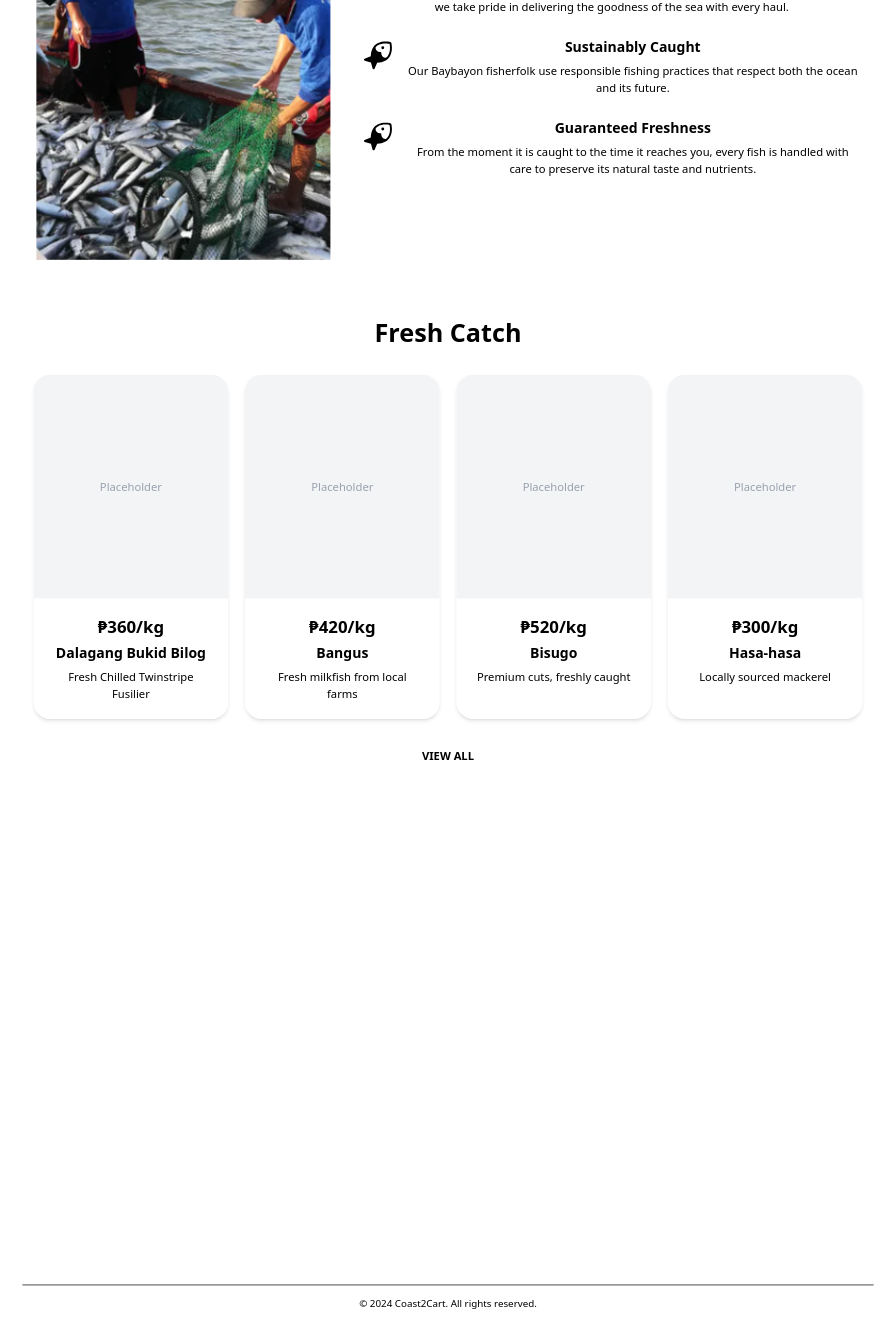
Repository: Coast2Card/coast2cart-frontend
Page: /
The author's editor kept a copy of each file at every save. The page is drawn from the files as they stood at one save, then again after the next save.
The browser window is 1280 px wide. The pictures show the part of the page from y = 1673 to 3593 px (the page is 3593 px tall), at 70% of full size.
The project was rebuilt for these pictures with package versions that can differ from the ones it lists, and the page was loaded fresh each time. Also part of the build but not shown: vite.config.js, src/pages/Seafood.jsx, src/pages/Souvenirs.jsx, src/pages/About.jsx, src/pages/Cart.jsx, src/pages/Profile.jsx, src/pages/Colors.jsx.

Above is the page before, as saved 2025-09-08 14:17:56.

### index.html
<!DOCTYPE html>
<html lang="en" data-theme="coast2cart">
  <head>
    <meta charset="UTF-8" />
    <!-- <link rel="icon" type="image/svg+xml" href="/vite.svg" /> -->
    <meta name="viewport" content="width=device-width, initial-scale=1.0" />
    <title>Coast2Cart</title>
  </head>
  <body>
    <div id="root"></div>
    <script type="module" src="/src/main.jsx"></script>
  </body>
</html>

### src/App.jsx
import { Routes, Route } from "react-router-dom";
import Layout from "./components/Layout";
import Home from "./pages/Home";
import Seafood from "./pages/Seafood";
import Souvenirs from "./pages/Souvenirs";
import About from "./pages/About";
import Cart from "./pages/Cart";
import Profile from "./pages/Profile";
import Colors from "./pages/Colors";
import "./App.css";

function App() {
  return (
    <Routes>
      {/* Routes with shared layout */}
      <Route path="/" element={<Layout />}>
        <Route index element={<Home />} />
        <Route path="seafood" element={<Seafood />} />
        <Route path="souvenirs" element={<Souvenirs />} />
        <Route path="about" element={<About />} />
        <Route path="cart" element={<Cart />} />
        <Route path="profile" element={<Profile />} />
        <Route path="colors" element={<Colors />} />
      </Route>
    </Routes>
  );
}

export default App;

### src/components/Layout.jsx
import { Outlet } from "react-router-dom";
import Navbar from "./Navbar";

const Layout = () => {
  return (
    <div className="min-h-screen bg-base-200">
      {/* Navigation Header */}
      <Navbar />

      {/* Main Content */}
      <main className=" mx-auto  ">
        <Outlet />
      </main>

      {/* Footer */}
      <footer className="bg-base-100 border-t border-base-300 mt-auto">
        <div className="max-w-7xl mx-auto py-4 px-4 sm:px-6 lg:px-8">
          <p className="text-center text-base-content/70 text-sm">
            © 2024 Coast2Cart. All rights reserved.
          </p>
        </div>
      </footer>
    </div>
  );
};

export default Layout;

### src/pages/Home.jsx
import homeBanner from "../assets/images/home_banner.jpg";
import baybayonLogo from "../assets/logos/c2c_white_transparent.png";
import fish1 from "../assets/images/home_fish1.png";
import fish2 from "../assets/images/home_fish2.png";
import fish3 from "../assets/images/home_fish3.png";
import fish4 from "../assets/images/home_fish4.png";
import fish5 from "../assets/images/home_fish5.png";
import HomeFeatures from "../components/home/HomeFeatures";
import HomeFreshCatch from "../components/home/HomeFreshCatch";
import HomeGallery from "../components/home/HomeGallery";
const Home = () => {
  return (
    <main className="relative overflow-x-hidden">
      {/* Home Banner */}
      <section className="w-full h-135 sm:h-[70vh] md:h-185 relative">
        <img
          src={homeBanner}
          alt="Home Banner"
          className="w-full h-full object-cover relative z-4"
          onError={(e) => {
            console.log("Image failed to load:", homeBanner);
            e.target.style.display = "none";
          }}
          onLoad={() => console.log("Image loaded successfully:", homeBanner)}
        />

        <div className="absolute inset-0 bg-black opacity-60 z-10"></div>

        <div className="absolute inset-0 z-20 flex items-start py-20 justify-center">
          <div className="text-center text-white">
            <h1 className="text-xl sm:text-2xl  font-extrabold font-display mb-[-15px] sm:mb-[-30px] md:mb-[-35px] lg:mb-[-30px]">
              Sea the best of Baybayon, from
            </h1>
            <img
              className="w-6/8 max-w-120 sm:w-6/8 md:4/8 lg:3/8 md:max-w-170 h-auto mx-auto "
              src={baybayonLogo}
            />
            <button className="mt-0 sm:mt-[-10px] b-20 bg-secondary text-primary uppercase px-6 py-2 rounded-full text-md sm:text-lg font-semibold hover:bg-secondary/90 transition-colors">
              Shop Now
            </button>
          </div>
        </div>
      </section>
      <section className=" relative overflow-hidden w-[140vw] flex items-center justify-center gap-4 sm:gap-6 mb-15 sm:mb-25   z-30 -mt-51 md:-mt-75 lg:-mt-75 left-1/2 -translate-x-1/2">
        <img
          src={fish1}
          alt="Fish 1"
          className="min-w-20 h-40 md:w-65 md:h-75  object-cover rounded-2xl"
        />
        <img
          src={fish2}
          alt="Fish 2"
          className="min-w-35 h-55  md:w-80 md:h-85 object-cover rounded-2xl"
        />
        <img
          src={fish3}
          alt="Fish 3"
          className="min-w-46 h-70 md:w-95 md:h-100 object-cover rounded-2xl"
        />
        <img
          src={fish4}
          alt="Fish 4"
          className="min-w-35 h-55 md:w-80 md:h-85 object-cover rounded-2xl"
        />
        <img
          src={fish5}
          alt="Fish 5"
          className="min-w-20 h-40 md:w-65 md:h-75 object-cover rounded-2xl"
        />
      </section>
      <section className="max-w-8xl mx-auto p-4 flex flex-col">
        <HomeFeatures className="mb-25" />
        <HomeGallery />
        <HomeFreshCatch />
      </section>
      <section className="flex bg-primary h-100 mx-auto w-full mb-60">
        <div className="min-w-100 max-w-150">
          <img className="" />
        </div>
        <div className="flex-1"></div>
      </section>
    </main>
  );
};

export default Home;

### src/components/Navbar.jsx
import { Link, useLocation } from "react-router-dom";
import { useState } from "react";
import { navLinks } from "../data/navigation";
import c2cLogo from "../assets/logos/c2c_transparent.png";
import searchIcon from "../assets/icons/search.png";
import cartIcon from "../assets/icons/cart.png";
import profileIcon from "../assets/icons/profile.png";
import commentIcon from "../assets/icons/comment.png";
const Navbar = () => {
  const location = useLocation();
  const [isMobileMenuOpen, setIsMobileMenuOpen] = useState(false);

  const isActive = (path) => {
    return location.pathname === path;
  };

  const toggleMobileMenu = () => {
    setIsMobileMenuOpen(!isMobileMenuOpen);
  };

  const closeMobileMenu = () => {
    setIsMobileMenuOpen(false);
  };

  return (
    <nav className="bg-base-300 shadow-lg py-2 sticky top-0 z-50">
      <div className="mx-auto px-6 sm:px-6 lg:px-8">
        <div className="flex justify-between h-16">
          <div className="flex items-center">
            <Link to="/" className="flex-shrink-0">
              <img src={c2cLogo} alt="Coast2Cart" className="h-17" />
            </Link>
          </div>

          {/* Desktop Navigation */}
          <div className="hidden md:flex items-center space-x-8">
            {navLinks.map((link) => (
              <Link
                key={link.path}
                to={link.path}
                className={`px-3 py-2 rounded-md text-md font-bold transition-colors ${
                  isActive(link.path)
                    ? " text-accent after:content-[''] after:block after:w-full after:h-0.5 after:bg-accent after:rounded-full"
                    : "text-black hover:text-primary hover:bg-base-200"
                }`}
              >
                {link.label}
              </Link>
            ))}
          </div>

          {/* Desktop Icons - Hidden on mobile */}
          <div className="hidden md:flex items-center gap-4 lg:gap-6">
            <img
              src={searchIcon}
              alt="Search"
              className="h-5 w-5 lg:h-5.5 lg:w-5.5 hover:cursor-pointer hover:opacity-60 transition-opacity duration-300"
            />
            <img
              src={commentIcon}
              alt="Comment"
              className="h-5 w-5 lg:h-5.5 lg:w-5.5 hover:cursor-pointer hover:opacity-60 transition-opacity duration-300"
            />
            <img
              src={cartIcon}
              alt="Cart"
              className="h-5 w-5 lg:h-5.5 lg:w-5.5 hover:cursor-pointer hover:opacity-60 transition-opacity duration-300"
            />
            <img
              src={profileIcon}
              alt="Profile"
              className="h-5 w-5 lg:h-5.5 lg:w-5.5 hover:cursor-pointer hover:opacity-60 transition-opacity duration-300"
            />
          </div>

          {/* Mobile menu button */}
          <div className="md:hidden flex items-center">
            <button
              onClick={toggleMobileMenu}
              className="inline-flex items-center justify-center p-2 rounded-md text-base-content hover:text-primary hover:bg-base-200 focus:outline-none focus:ring-2 focus:ring-inset focus:ring-primary"
              aria-expanded="false"
            >
              <span className="sr-only">Open main menu</span>
              {!isMobileMenuOpen ? (
                <svg
                  className="block h-6 w-6"
                  xmlns="http://www.w3.org/2000/svg"
                  fill="none"
                  viewBox="0 0 24 24"
                  stroke="currentColor"
                  aria-hidden="true"
                >
                  <path
                    strokeLinecap="round"
                    strokeLinejoin="round"
                    strokeWidth="2"
                    d="M4 6h16M4 12h16M4 18h16"
                  />
                </svg>
              ) : (
                <svg
                  className="block h-6 w-6"
                  xmlns="http://www.w3.org/2000/svg"
                  fill="none"
                  viewBox="0 0 24 24"
                  stroke="currentColor"
                  aria-hidden="true"
                >
                  <path
                    strokeLinecap="round"
                    strokeLinejoin="round"
                    strokeWidth="2"
                    d="M6 18L18 6M6 6l12 12"
                  />
                </svg>
              )}
            </button>
          </div>
        </div>
      </div>

      {/* Mobile Navigation Menu */}
      <div className={`md:hidden ${isMobileMenuOpen ? "block" : "hidden"}`}>
        <div className="px-2 pt-2 pb-3 space-y-1 sm:px-3 bg-base-100 border-t border-base-300">
          {navLinks.map((link) => (
            <Link
              key={link.path}
              to={link.path}
              onClick={closeMobileMenu}
              className={`block px-3 py-2 rounded-md text-base font-medium transition-colors ${
                isActive(link.path)
                  ? "bg-primary text-primary-content"
                  : "text-base-content hover:text-primary hover:bg-base-200"
              }`}
            >
              {link.label}
            </Link>
          ))}

          {/* Mobile Icons */}
          <div className="flex items-center justify-center gap-6 pt-4 border-t border-base-300 mt-4">
            <img
              src={searchIcon}
              alt="Search"
              className="h-6 w-6 hover:cursor-pointer hover:opacity-60 transition-opacity duration-300"
            />
            <img
              src={commentIcon}
              alt="Comment"
              className="h-6 w-6 hover:cursor-pointer hover:opacity-60 transition-opacity duration-300"
            />
            <img
              src={cartIcon}
              alt="Cart"
              className="h-6 w-6 hover:cursor-pointer hover:opacity-60 transition-opacity duration-300"
            />
            <img
              src={profileIcon}
              alt="Profile"
              className="h-6 w-6 hover:cursor-pointer hover:opacity-60 transition-opacity duration-300"
            />
          </div>
        </div>
      </div>
    </nav>
  );
};

export default Navbar;

### src/components/home/HomeFeatures.jsx
import cartIcon from "../../assets/icons/cart.png";
import commentIcon from "../../assets/icons/comment.png";
import profileIcon from "../../assets/icons/profile.png";
import searchIcon from "../../assets/icons/search.png";

const features = [
  {
    icon: cartIcon,
    title: "Fresh Catch",
    description: "Daily seafood direct from local fishers.",
  },
  {
    icon: searchIcon,
    title: "Dried Goods",
    description: "High-quality dried seafood.",
  },
  {
    icon: commentIcon,
    title: "Souvenirs",
    description: "Souvenirs made by our community.",
  },
  {
    icon: profileIcon,
    title: "Marketplace",
    description: "Easy orders and pickup with fishing time.",
  },
];

const HomeFeatures = ({ className = "" }) => {
  return (
    <article className={` mx-auto w-full ${className}`}>
      <section className="grid grid-cols-1 sm:grid-cols-2 space-y-6 lg:grid-cols-4 gap-6 sm:w-[95%] lg:w-[90%] xl:w-[80%] mx-auto">
        {features.map((item, index) => (
          <div
            key={index}
            className="flex flex-col items-center justify-start gap-2"
          >
            <div className="bg-accent mb-2 p-11 sm:p-11 flex justify-center items-center rounded-full">
              <div className="bg-gray-300 rounded-xl p-1 h-14 w-14"></div>
            </div>
            <h3 className="text-2xl font-bold text-primary">{item.title}</h3>
            <h3 className="text-md text-center">{item.description}</h3>
          </div>
        ))}
      </section>
    </article>
  );
};

export default HomeFeatures;

### src/components/home/HomeFreshCatch.jsx
const freshCatchItems = [
  {
    id: 1,
    price: "₱360/kg",
    name: "Dalagang Bukid Bilog",
    description: "Fresh Chilled Twinstripe Fusilier",
    image: null,
  },
  {
    id: 2,
    price: "₱420/kg",
    name: "Bangus",
    description: "Fresh milkfish from local farms",
    image: null,
  },
  {
    id: 3,
    price: "₱520/kg",
    name: "Bisugo",
    description: "Premium cuts, freshly caught",
    image: null,
  },
  {
    id: 4,
    price: "₱300/kg",
    name: "Hasa-hasa",
    description: "Locally sourced mackerel",
    image: null,
  },
];

const HomeFreshCatch = ({ className = "" }) => {
  return (
    <div className={`flex flex-col text-center ${className}`}>
      <h1 className="text-4xl font-bold text-accent mb-10">Fresh Catch</h1>
      <section className="grid grid-cols-1 sm:grid-cols-2 xl:grid-cols-4  gap-6 mb-8">
        {freshCatchItems.map((item) => (
          <div
            key={item.id}
            className="flex flex-col shadow-md overflow-hidden rounded-3xl"
          >
            <div className="bg-gray-100 h-80 flex items-center justify-center text-gray-400">
              Placeholder
            </div>
            <div className="bg-white p-6  flex flex-col gap-2 text-center items-center justify-center">
              <h3 className="text-success text-2xl font-bold">{item.price}</h3>
              <h3 className="text-black font-bold text-xl">{item.name}</h3>
              <p className="text-md">{item.description}</p>
            </div>
          </div>
        ))}
      </section>
      <div className="mb-20">
        <button className="bg-secondary text-primary uppercase px-6 py-2 rounded-full text-md font-semibold hover:bg-secondary/90 transition-colors">
          View All
        </button>
      </div>
    </div>
  );
};

export default HomeFreshCatch;

### src/components/home/HomeGallery.jsx
import React from "react";
import homeGallery1 from "../../assets/images/home_gallery1.png";
import FishIcon from "../icons/FishIcon";
const HomeGallery = () => {
  return (
    <div className="w-full flex flex-col sm:flex-row gap-9 lg:gap-12 p-1 mb-20 items-center justify-center mx-auto max-w-8xl  ">
      <div className="flex flex-1 min-w-75 sm:h-150 md:min-w-105  w-full md:h-150 bg-blue-100 ">
        <img src={homeGallery1} className="w-full h-full object-cover  " />
      </div>
      <div className=" flex flex-col min-w-20  gap-4 justify-center">
        <h2 className="font-bold text-3xl lg:text-4xl text-primary mb-1">
          Fresh From the Sea, Straight to You
        </h2>
        <p className="text-md mb-4">
          Every day, the fishermen of Barangay Baybayon bring in the freshest
          catch from our coastal waters, ensuring top quality seafood for your
          table. Proudly harvested and carefully handled, we take pride in
          delivering the goodness of the sea with every haul.
        </p>
        <div className="flex items-start gap-4 text-primary mb-4">
          <div className="max-h-22 min-w-11 font-bold pt-0.5">
            <FishIcon />
          </div>
          <div className="flex flex-col">
            <h3 className="font-bold text-xl mb-2">Sustainably Caught</h3>
            <p className="text-black">
              Our Baybayon fisherfolk use responsible fishing practices that
              respect both the ocean and its future.
            </p>
          </div>
        </div>
        <div className="flex items-start gap-4 text-primary">
          <div className="max-h-22 min-w-11 font-bold pt-0.5">
            <FishIcon />
          </div>
          <div className="flex flex-col">
            <h3 className="font-bold text-xl mb-2">Guaranteed Freshness</h3>
            <p className="text-black">
              From the moment it is caught to the time it reaches you, every
              fish is handled with care to preserve its natural taste and
              nutrients.
            </p>
          </div>
        </div>
      </div>
    </div>
  );
};

export default HomeGallery;

### src/data/navigation.js
// Navigation links data
export const navLinks = [
  { path: "/", label: "Home" },
  { path: "/seafood", label: "Seafood" },
  { path: "/souvenirs", label: "Souvenirs" },
  { path: "/about", label: "About" },
  // { path: "/cart", label: "Cart" },
  // { path: "/profile", label: "Profile" },
  // { path: "/colors", label: "Colors" },
];

### src/components/icons/FishIcon.jsx
import React from "react";

const FishIcon = () => {
  return (
    <div>
      <svg
        xmlns="http://www.w3.org/2000/svg"
        viewBox="0 0 256 256"
        className="text-primary fill-primary"
      >
        <rect width="256" height="256" fill="none" />
        <path d="M168,76a12,12,0,1,1-12-12A12,12,0,0,1,168,76Zm48.72,67.64c-19.37,34.9-55.44,53.76-107.24,56.1l-22,51.41A8,8,0,0,1,80.1,256l-.51,0a8,8,0,0,1-7.19-5.78L57.6,198.39,5.8,183.56a8,8,0,0,1-1-15.05l51.41-22c2.35-51.78,21.21-87.84,56.09-107.22,24.75-13.74,52.74-15.84,71.88-15.18,18.64.64,36,4.27,38.86,6a8,8,0,0,1,2.83,2.83c1.69,2.85,5.33,20.21,6,38.85C232.55,90.89,230.46,118.89,216.72,143.64Zm-4.3-100.07c-14.15-3-64.1-11-100.3,14.75a81.21,81.21,0,0,0-16,15.07,36,36,0,0,0,39.35,38.44,8,8,0,0,1,8.73,8.73,36,36,0,0,0,38.47,39.34,80.81,80.81,0,0,0,15-16C223.42,107.73,215.42,57.74,212.42,43.57Z" />
      </svg>
    </div>
  );
};

export default FishIcon;

### src/components/home/HomeSouvenirs.jsx
import React from "react";

const HomeSouvenirs = () => {
  return (
    <>
      <div className="min-w-100 max-w-150">
        <img className="h-full w-full object-cover" src="" />
      </div>
      <div className="flex-1"></div>
    </>
  );
};

export default HomeSouvenirs;

Loaded but not shown: src/main.jsx (common file); src/index.css (common file); src/App.css (common file)

After the next save:
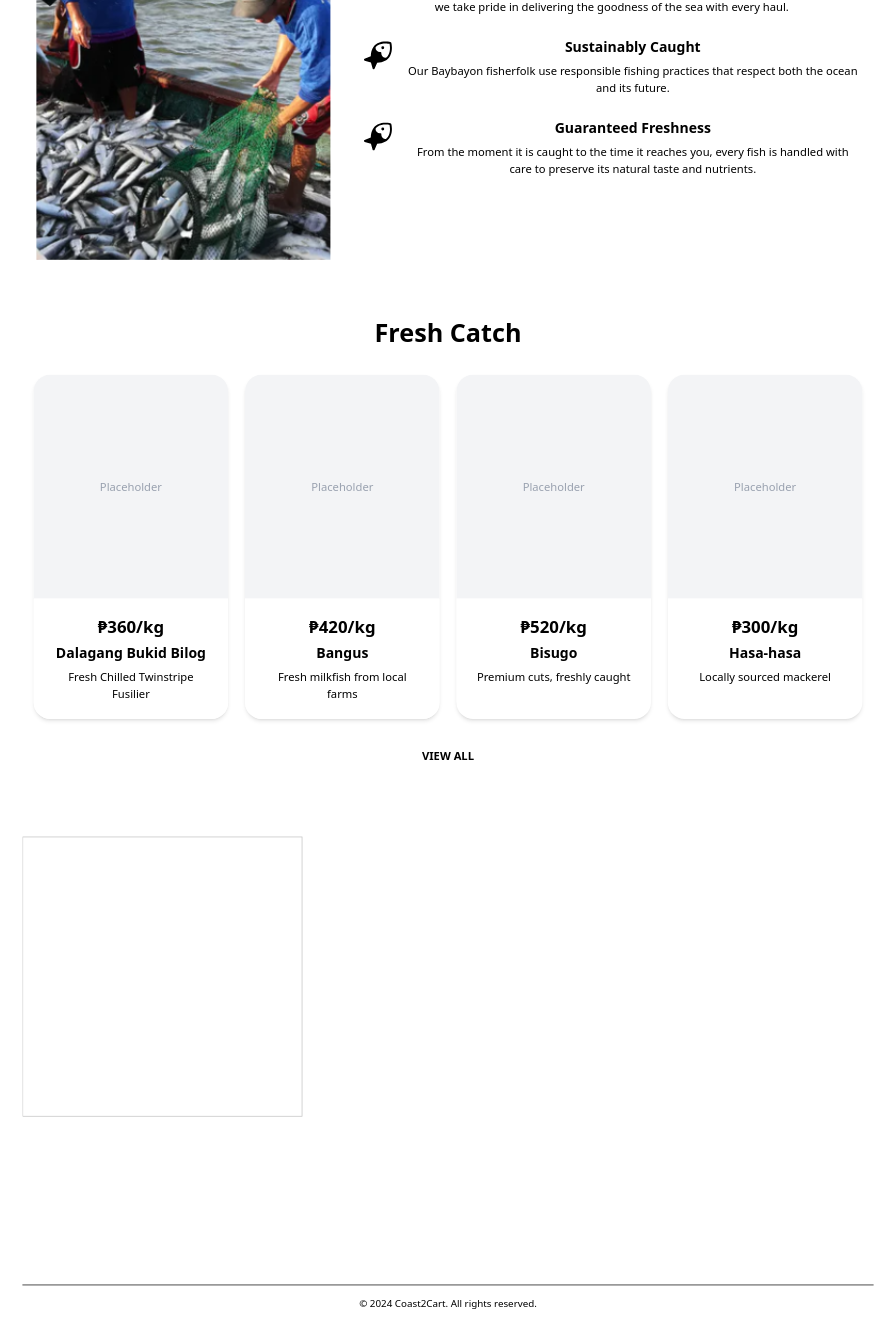
Saved 6 s later.
--- a/src/pages/Home.jsx
+++ b/src/pages/Home.jsx
@@ -8,6 +8,7 @@ import fish5 from "../assets/images/home_fish5.png";
 import HomeFeatures from "../components/home/HomeFeatures";
 import HomeFreshCatch from "../components/home/HomeFreshCatch";
 import HomeGallery from "../components/home/HomeGallery";
+import HomeSouvenirs from "../components/home/HomeSouvenirs";
 const Home = () => {
   return (
     <main className="relative overflow-x-hidden">
@@ -74,10 +75,7 @@ const Home = () => {
         <HomeFreshCatch />
       </section>
       <section className="flex bg-primary h-100 mx-auto w-full mb-60">
-        <div className="min-w-100 max-w-150">
-          <img className="" />
-        </div>
-        <div className="flex-1"></div>
+        <HomeSouvenirs />
       </section>
     </main>
   );
